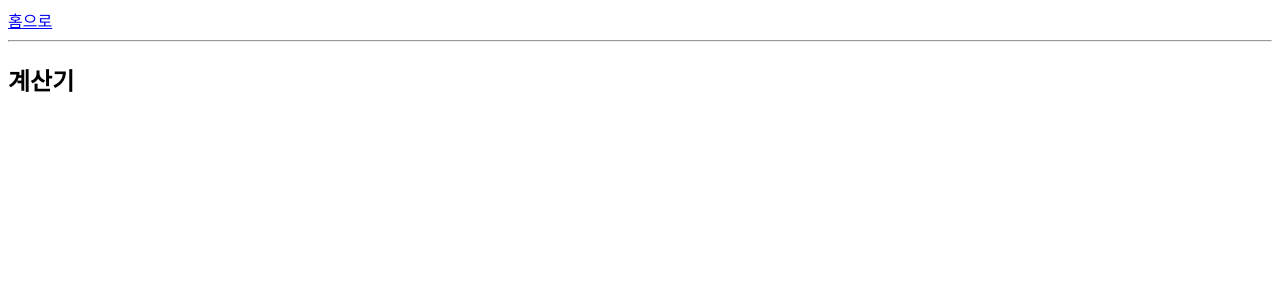
Repository: KimHyeonJun1/Study_Web302
Page: 01.Servlet01/src/main/webapp/calculator.html
These files come from the project's save history. The page is drawn as it stood at one moment and after the next save; the edit follows.
The browser window is 1280 px wide. The pictures show the whole page.

Above is the page before, as saved 2024-06-21 05:23:10.

### 01.Servlet01/src/main/webapp/calculator.html
<!DOCTYPE html>
<html>
<head>
<meta charset="UTF-8">
<title>Insert title here</title>
</head>
<body>
	<a href = "index.html">홈으로</a>
	<hr>
	<h2>계산기</h2>

</body>
</html>

After the next save:
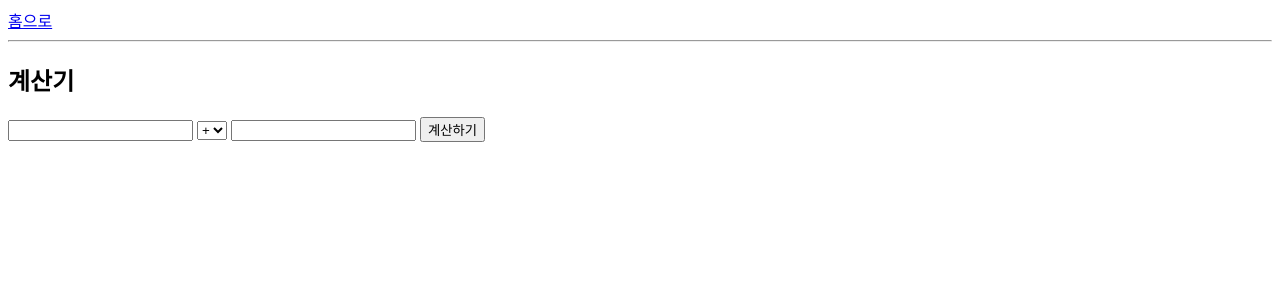
Saved 2 min 46 s later.
--- a/01.Servlet01/src/main/webapp/calculator.html
+++ b/01.Servlet01/src/main/webapp/calculator.html
@@ -9,5 +9,20 @@
 	<hr>
 	<h2>계산기</h2>
 
+	<form>
+	<input type="text" name="no1">
+	<select name="operator">
+		<option>+</option>
+		<option>-</option>
+		<option>*</option>
+		<option>/</option>
+	</select>
+
+	<input type="text" name="no2">
+	<button>계산하기</button>
+
+	</form>
+
+
 </body>
 </html>
